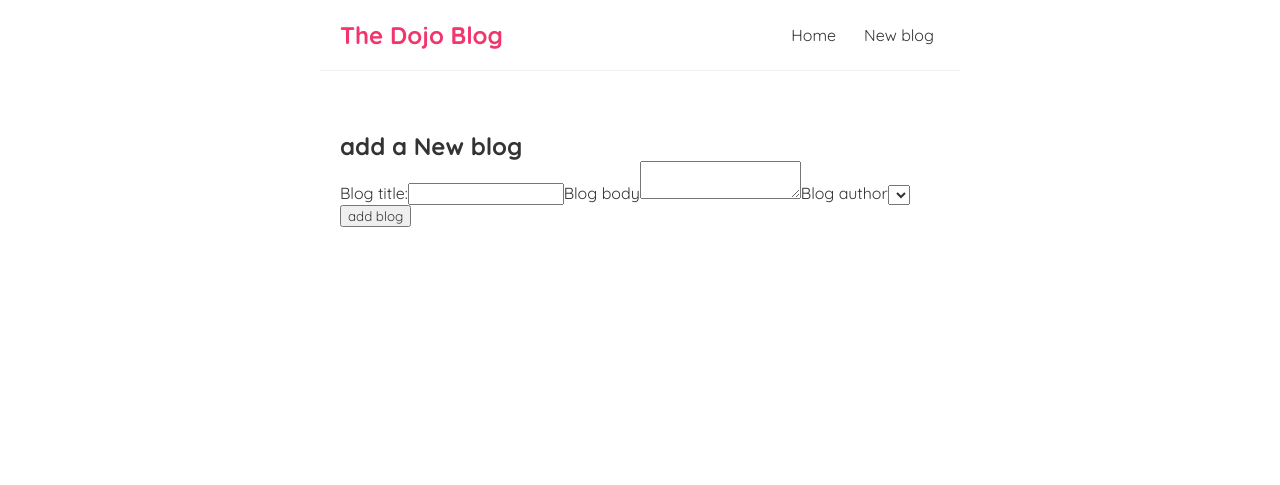
Repository: Samkiroko/full-reacr-ninja
Page: /create
An editor plug-in stored every save of this project. The page is shown before and after the next save, followed by the edit.
The browser window is 1280 px wide. The pictures show the whole page.
The project was rebuilt for these pictures with package versions that can differ from the ones it lists, and the page was loaded fresh each time. Also part of the build but not shown: src/BlogList.js, src/useFetch.js, src/Home.js, src/BlogDetails.js.

Above is the page before, as saved 2021-07-23 16:54:55.

### src/index.css
@import url('https://fonts.googleapis.com/css2?family=Quicksand:wght@300;400;500;600;700&display=swap');

/* base styles */

* {
    margin: 0;
    font-family: 'Quicksand';
    color: #333;
}

.navbar {
    padding: 20px;
    display: flex;
    align-items: center;
    max-width: 600px;
    margin: 0 auto;
    border-bottom: 1px solid #f2f2f2;
}

.navbar h1 {
    color: #f1356d;
}

.navbar .links {
    margin-left: auto;
}

.navbar a {
    margin-left: 16px;
    text-decoration: none;
    padding: 6px;
}

.navbar a:hover {
    color: #f1356d;
}

.content {
    max-width: 600px;
    margin: 40px auto;
    padding: 20px;
}


/* blog previews / list */

.blog-preview {
    padding: 10px 16px;
    margin: 20px 0;
    border-bottom: 1px solid #fafafa;
}

.blog-preview:hover {
    box-shadow: 1px 3px 5px rgba(0, 0, 0, 0.1);
}

.blog-preview h2 {
    font-size: 20px;
    color: #f1356d;
    margin-bottom: 8px;
}

.blog-preview a {
    text-decoration: none;
}


/* blog details page */

.blog-details h2 {
    font-size: 20px;
    color: #f1356d;
    margin-bottom: 10px;
}

.blog-details div {
    margin: 20px 0;
}

.blog-details button {
    background: #f1356d;
    color: #fff;
    border: 0;
    padding: 8px;
    border-radius: 8px;
    cursor: pointer;
}

### src/App.js
import Home from './Home'
import Navbar from './Navbar'
import { BrowserRouter as Router, Route, Switch } from 'react-router-dom'
import Create from './Create'
import BlogDetails from './BlogDetails'

function App() {
  return (
    <Router>
      <div className='App'>
        <Navbar />
        <div className='content'>
          <Switch>
            <Route exact path='/' component={Home} />
            <Route exact path='/create' component={Create} />
            <Route exact path='/blogs/:id' component={BlogDetails} />
          </Switch>
        </div>
      </div>
    </Router>
  )
}

export default App

### src/Navbar.js
import React from 'react'
import { Link } from 'react-router-dom'

const Navbar = () => {
  return (
    <nav className='navbar'>
      <h1>The Dojo Blog</h1>
      <div className='links'>
        <Link to='/'>Home</Link>
        <Link to='/create'>New blog</Link>
      </div>
    </nav>
  )
}

export default Navbar

### src/Create.js
const Create = () => {
  return (
    <div className='create'>
      <h2>add a New blog</h2>
      <form action=''>
        <label>Blog title:</label>
        <input type='text' required />
        <label>Blog body</label>
        <textarea required></textarea>
        <label>Blog author</label>
        <select>
          <option value='mario'></option>
          <option value='yoshi'></option>
        </select>

        <button>add blog</button>
      </form>
    </div>
  )
}

export default Create

Loaded but not shown: public/index.html (common file); src/index.js (common file)

After the next save:
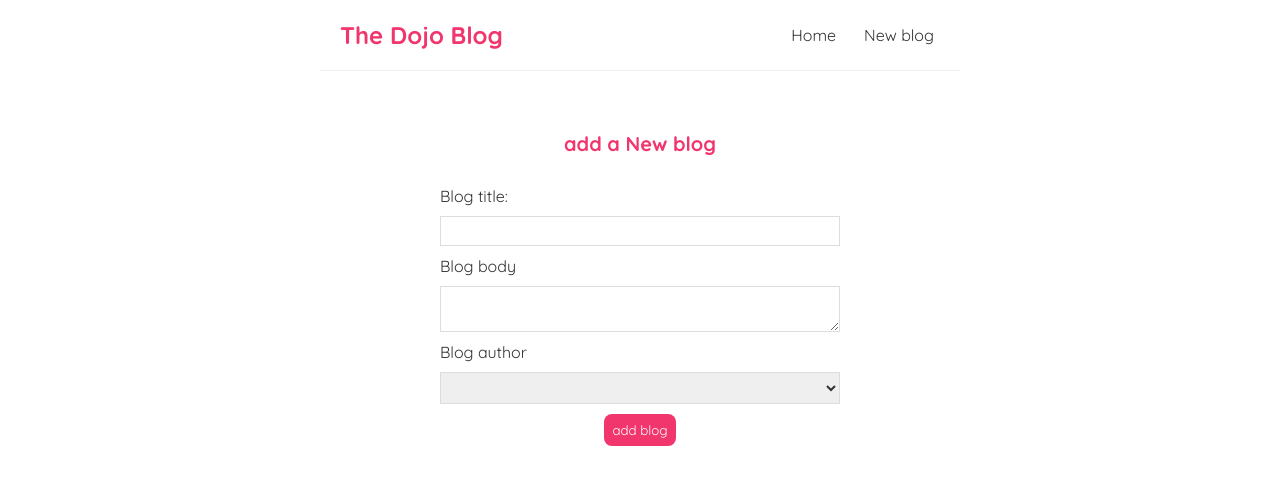
Saved 61 s later.
--- a/src/index.css
+++ b/src/index.css
@@ -85,3 +85,43 @@
     border-radius: 8px;
     cursor: pointer;
 }
+
+
+/* create new blog form */
+
+.create {
+    max-width: 400px;
+    margin: 0 auto;
+    text-align: center;
+}
+
+.create label {
+    text-align: left;
+    display: block;
+}
+
+.create h2 {
+    font-size: 20px;
+    color: #f1356d;
+    margin-bottom: 30px;
+}
+
+.create input,
+.create textarea,
+.create select {
+    width: 100%;
+    padding: 6px 10px;
+    margin: 10px 0;
+    border: 1px solid #ddd;
+    box-sizing: border-box;
+    display: block;
+}
+
+.create button {
+    background: #f1356d;
+    color: #fff;
+    border: 0;
+    padding: 8px;
+    border-radius: 8px;
+    cursor: pointer;
+}
